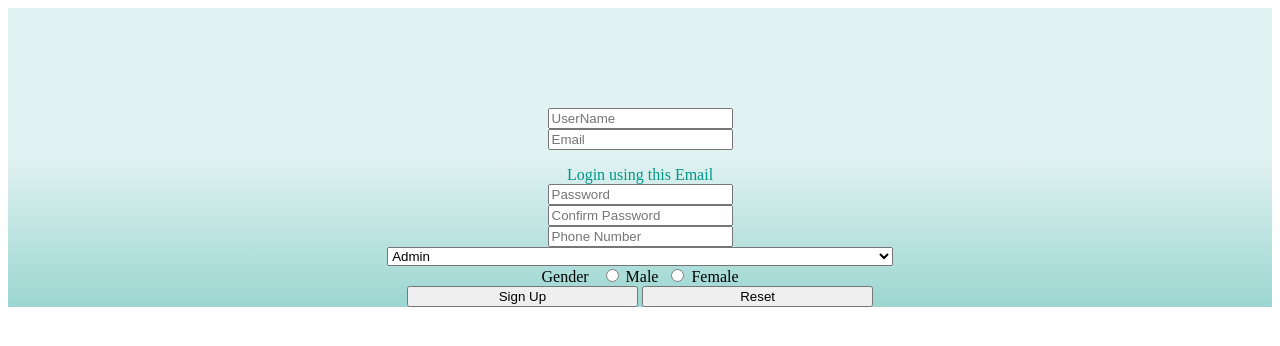
Repository: Indurupi/FriendZone
Page: FriendZoneFrontEnd/WebContent/signup.html
An editor plug-in stored every save of this project. The page is shown before and after the next save, followed by the edit.
The browser window is 1280 px wide. The pictures show the whole page.

Above is the page before, as saved 2017-03-21 17:31:21.

### FriendZoneFrontEnd/WebContent/signup.html
<!DOCTYPE html>
<html>
<head>
<meta charset="ISO-8859-1">
<title>FriendZone</title>
<style type="text/css">
.form-control:focus {
	border: 2px solid #009688;
}

#signupdiv {
	background: linear-gradient(to bottom, #e0f2f1 50%, #80cbc4 120%);
	color: #ffffff;
	padding-top: 100px;
	height: 91%;
}
</style>
</head>
<body ng-app="friendzoneApp">

	<div id="signupdiv" align="center" ng-controller="homecontrol as home">
		<form ng-submit="home.submit()">

			<div class="input-group" id="LoginPassword">
				<span class="input-group-addon" id="basic-addon1">
					<div class="glyphicon glyphicon-user"></div>
				</span> <input type="text" class="form-control" placeholder="UserName"
					aria-describedby="basic-addon1" ng-model="home.user1.username"
					required="required" />
			</div>

			<div class="input-group" id="LoginUsername">
				<span class="input-group-addon" id="basic-addon1">
					<div class="glyphicon glyphicon-envelope"></div>
				</span> <input type="text" class="form-control" placeholder="Email"
					aria-describedby="basic-addon1" ng-model="home.user1.emailid"
					required="required" />

			</div>

			<div style="color: #009688;">
				<p style="color: #009688;" class="glyphicon glyphicon-hand-up"></p>
				Login using this Email
			</div>

			<div class="input-group">
				<span class="input-group-addon" id="basic-addon1">
					<div class="glyphicon glyphicon-lock"></div>
				</span> <input type="password" class="form-control" placeholder="Password"
					aria-describedby="basic-addon1" ng-model="home.user1.password"
					required="required" />
			</div>

			<div class="input-group">
				<span class="input-group-addon" id="basic-addon1">
					<div class="glyphicon glyphicon-lock"></div>
				</span> <input type="password" class="form-control"
					placeholder="Confirm Password" aria-describedby="basic-addon1"
					required="required" />
			</div>
			<div class="input-group">
				<span class="input-group-addon" id="basic-addon1">
					<div class="glyphicon glyphicon-phone"></div>
				</span> <input type="text" class="form-control" placeholder="Phone Number"
					aria-describedby="basic-addon1" ng-model="home.user1.phno"
					required="required" />
			</div>

			<div class="form-group">
				<select class="form-control" style="width:40%">
					<option ng-model="home.user1.role" value="admin">Admin</option>
					<option ng-model="home.user1.role" value="admin">User</option>
				</select>
			</div>
			<!--<div class="input-group"> -->
			<!--<span class="input-group-addon" id="basic-addon1"> -->
			<!--<div class="glyphicon glyphicon-calendar"></div> -->
			<!--</span> <input type="date" class="form-control" placeholder="DateOfBirth" -->
			<!--		aria-describedby="basic-addon1" /> -->
			<!--</div> -->

			<div class="input-group" style="color: #000000">

				<label style="color: #000000">Gender &nbsp; </label> <input
					style="color: #000000" type="radio" value="male" />&nbsp;Male&nbsp;
				<input style="color: #000000" type="radio" value="female" />&nbsp;Female
			</div>

			<!-- 			<ul class="dropdown-menu" role="menu" aria-labelledby="dropdownMenu">
				<li value="male" ng-model="home.user1.gender">Male</li>
				<li value="female" ng-model="home.user1.gender">Female</li>

			</ul> -->

			<button class="btn" id="custom-button" style="width: 18.3%"
				type="submit">Sign Up</button>
			<button class="btn" id="custom-button" style="width: 18.3%"
				ng-click="home.reset()" type="reset">Reset</button>
		</form>

		<!-- 		<div ng-repeat="user in home.users1" style="color:#000000"> -->
		<!-- 		Username:{{user.username}}<br> -->
		<!-- 		password:{{user.password}}<br> -->
		<!-- 		phonenumber:{{user.phno}}<br> -->
		<!-- 		status:{{user.status}}<br> -->
		<!-- 		emailid:{{user.emailid}}<br> -->
		<!-- 		</div> -->
	</div>

</body>

<!-- <script src="js/jquery-1.10.1.min.js"></script>
<script src="js/jquery.min.js"></script>
<script src="js/bootstrap.min.js"></script>
<script src="js/jquery-1.7.2.min.js"></script>
<script src="js/angular.min.js"></script>
<script src="js/angular-route.js"></script>
<script src="js/app.js"></script>
<script src="js/controller/blogcontroller.js"></script>
<script src="js/service/blogservice.js"></script>
<script src="js/controller/homecontroller.js"></script>
<script src="js/service/homeservice.js"></script>
 -->
</html>

After the next save:
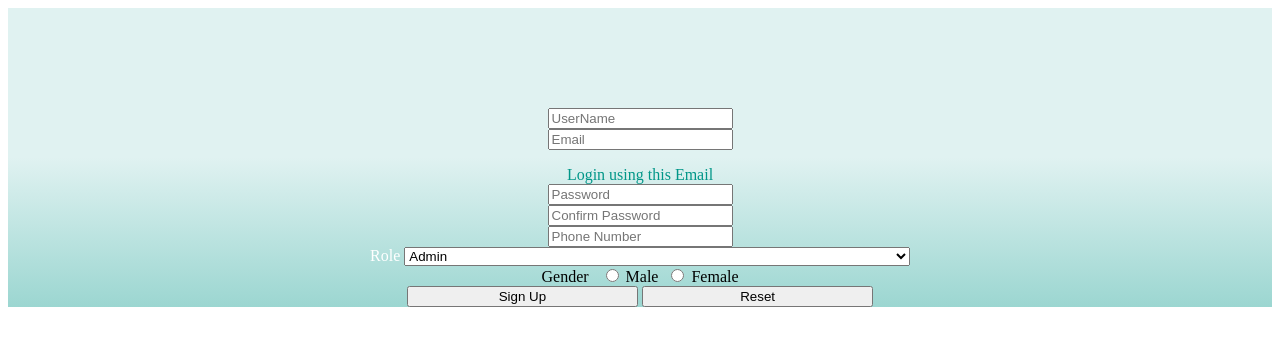
Saved 7 s later.
--- a/FriendZoneFrontEnd/WebContent/signup.html
+++ b/FriendZoneFrontEnd/WebContent/signup.html
@@ -67,6 +67,7 @@
 			</div>
 
 			<div class="form-group">
+			<label>Role</label>
 				<select class="form-control" style="width:40%">
 					<option ng-model="home.user1.role" value="admin">Admin</option>
 					<option ng-model="home.user1.role" value="admin">User</option>
